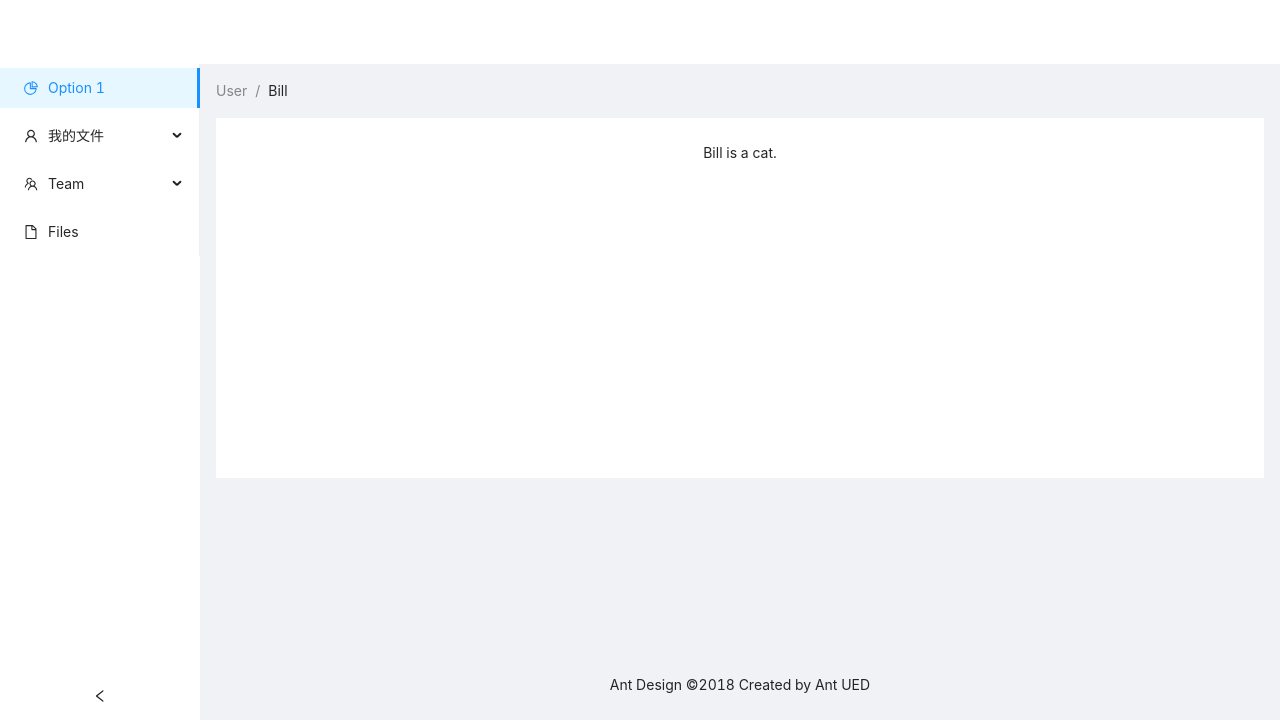
Repository: xstnet/starfire-cloud-fe
Page: /
An editor plug-in stored every save of this project. The page is shown before and after the next save, followed by the edit.
The browser window is 1280 px wide. The pictures show the whole page.
The project was rebuilt for these pictures with package versions that can differ from the ones it lists, and the page was loaded fresh each time.

Above is the page before, as saved 2021-09-12 16:17:25.

After the next save:
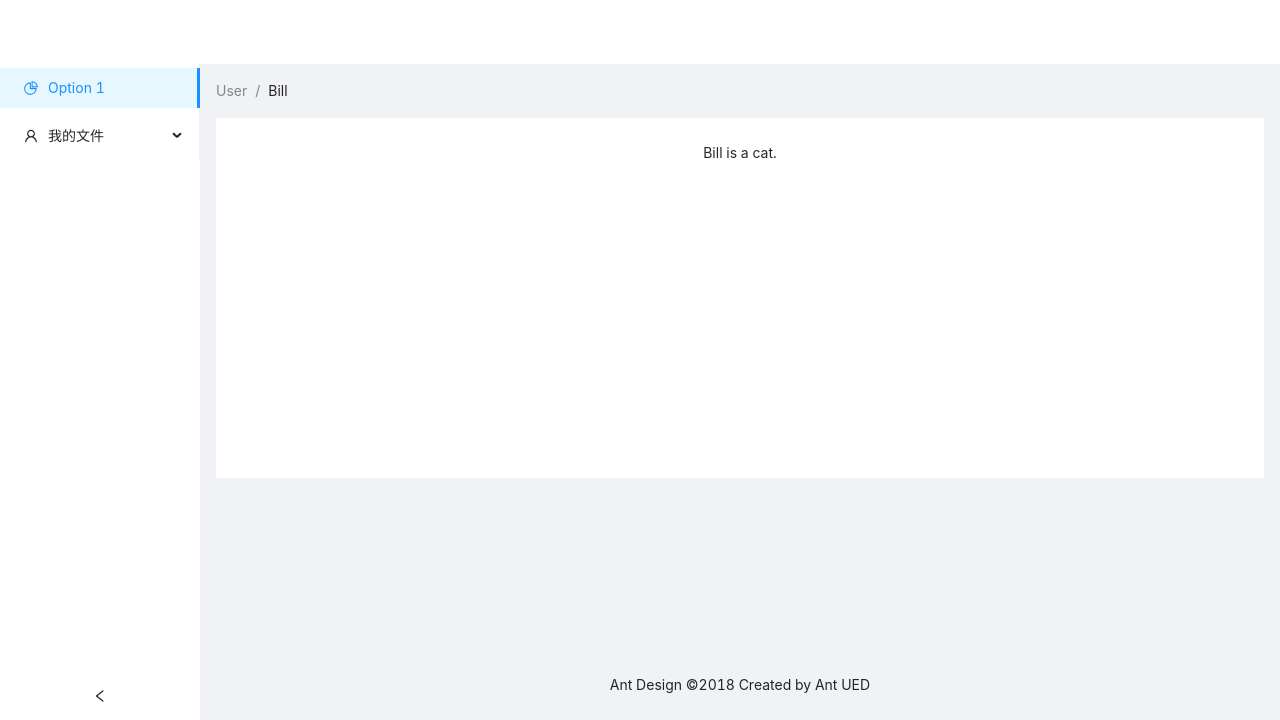
Saved 5 s later.
--- a/src/page/layout/main.jsx
+++ b/src/page/layout/main.jsx
@@ -38,13 +38,6 @@ class MainLayout extends React.Component {
               <Menu.Item key="5">音频</Menu.Item>
               <Menu.Item key="5">视频</Menu.Item>
             </SubMenu>
-            <SubMenu key="sub2" icon={<TeamOutlined />} title="Team">
-              <Menu.Item key="6">Team 1</Menu.Item>
-              <Menu.Item key="8">Team 2</Menu.Item>
-            </SubMenu>
-            <Menu.Item key="9" icon={<FileOutlined />}>
-              Files
-            </Menu.Item>
           </Menu>
         </Sider>
         <Layout className="site-layout">
